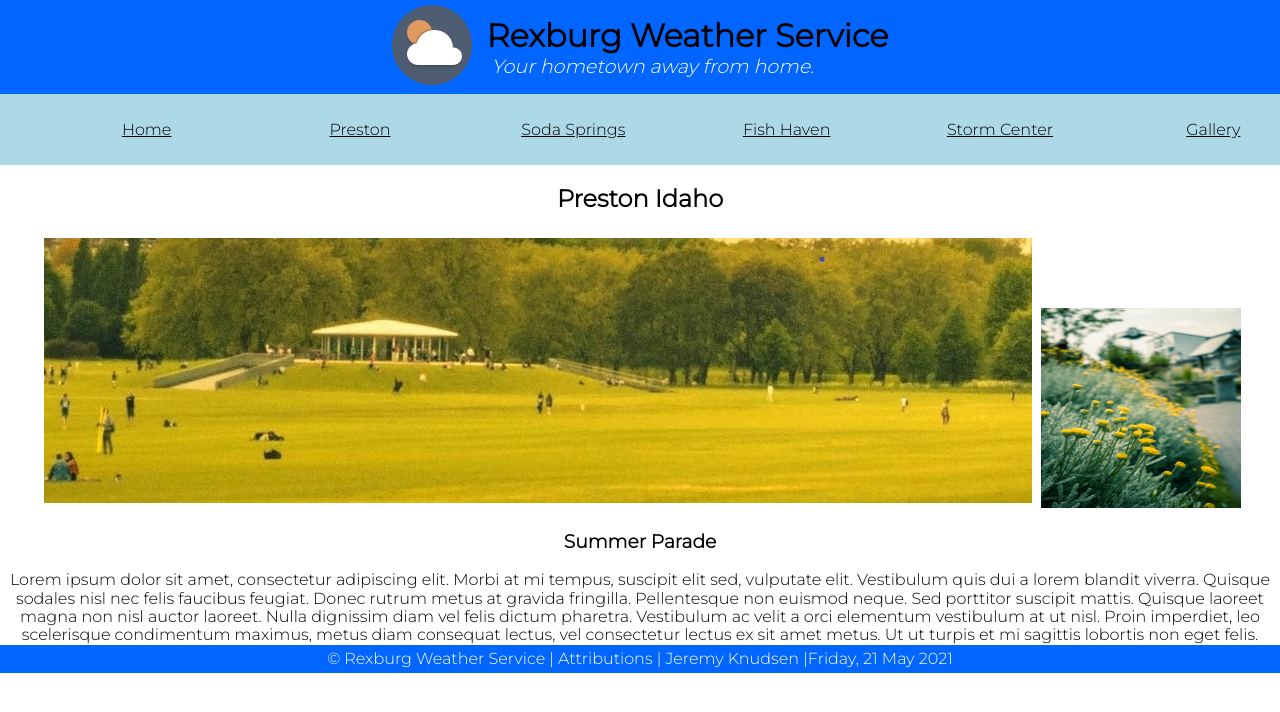
Repository: jknudsen97/jknudsen97.github.io
Page: lesson05/preston-5.html
An editor plug-in stored every save of this project. The page is shown before and after the next save, followed by the edit.
The browser window is 1280 px wide. The pictures show the whole page.

Above is the page before, as saved 2021-05-22 00:08:02.

After the next save:
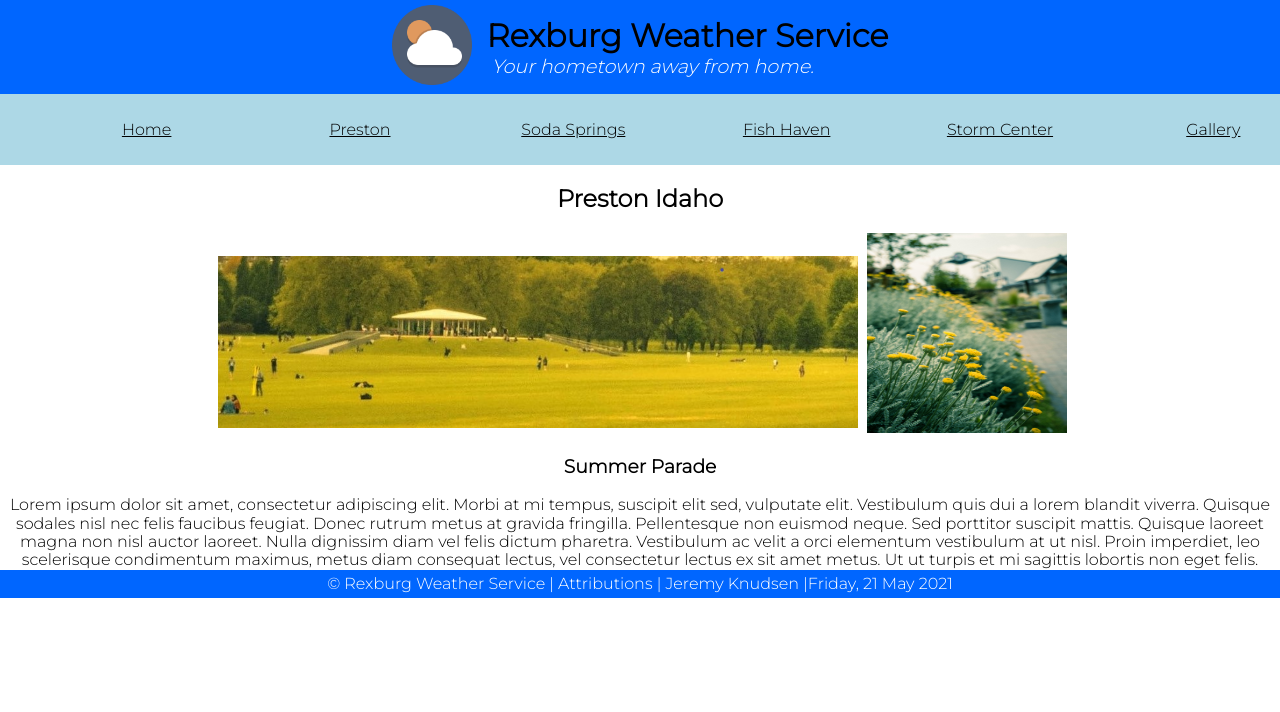
Saved 38 s later.
--- a/lesson05/css/main.css
+++ b/lesson05/css/main.css
@@ -146,8 +146,8 @@
 
 .stock1{
     margin: 5px;
-    width: auto;
-    max-height: 95%;
+    max-width: 50%;
+    height: auto;
 }
 
 .stock2{

After the save that followed:
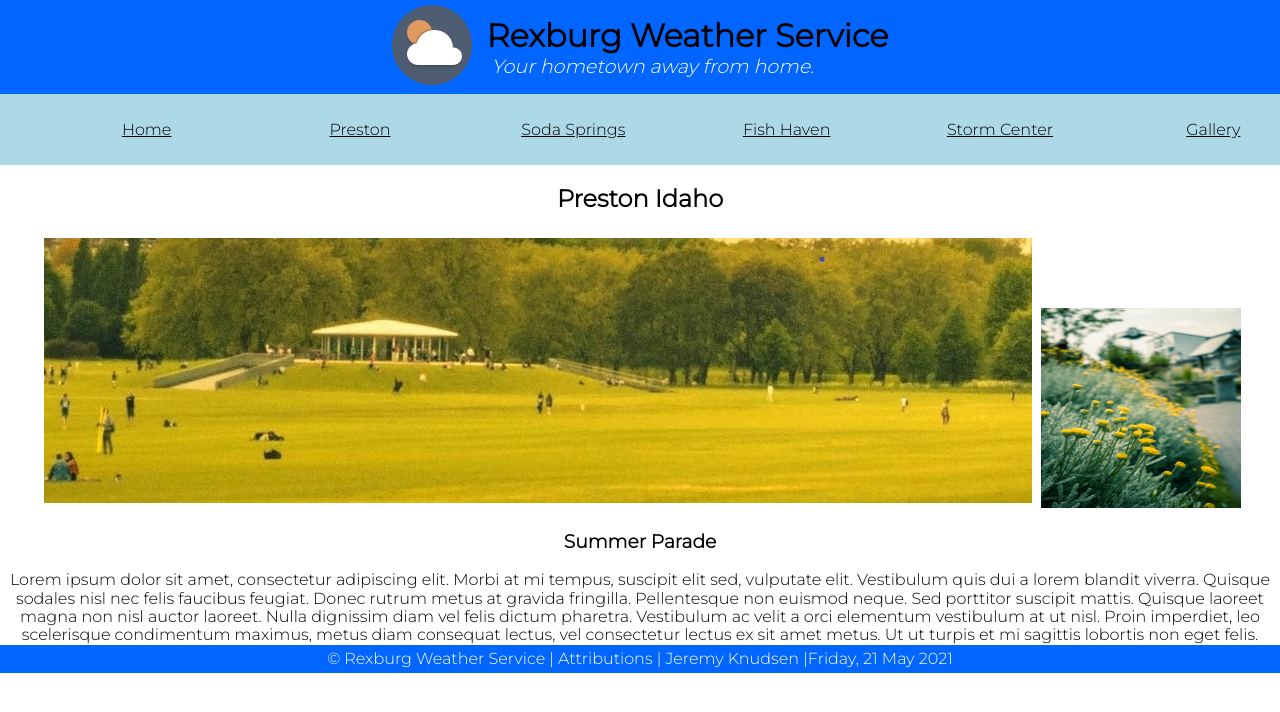
Saved 117 s later.
--- a/lesson05/css/main.css
+++ b/lesson05/css/main.css
@@ -146,7 +146,7 @@
 
 .stock1{
     margin: 5px;
-    max-width: 50%;
+    max-width: 100%;
     height: auto;
 }
 
